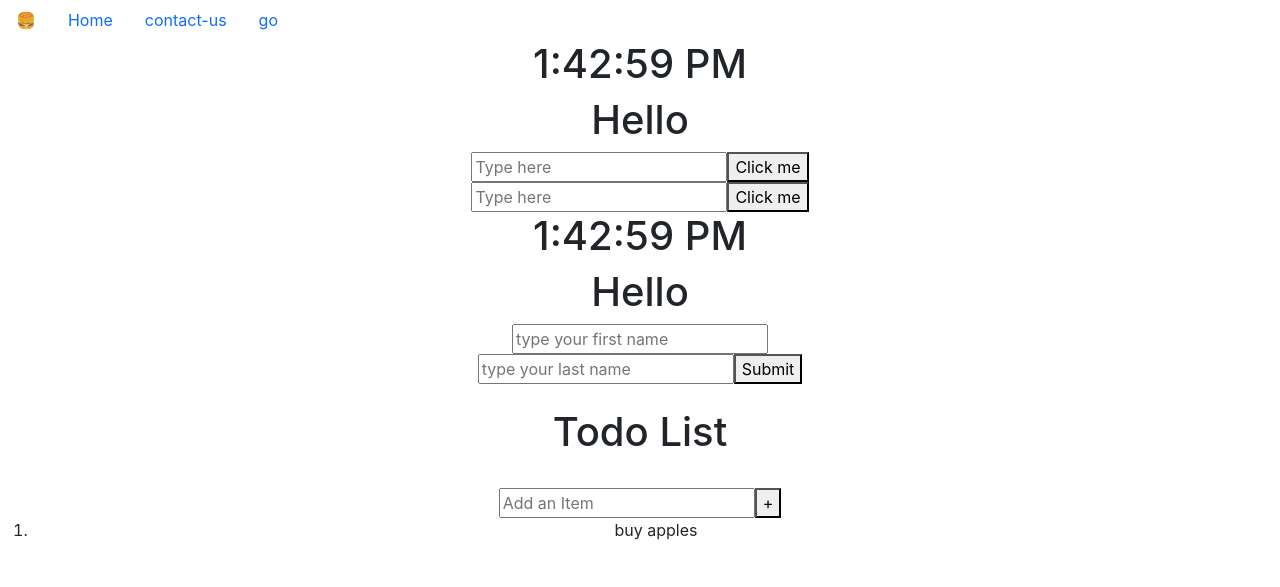
Repository: shah-zx/React-learning
Page: /
The author's editor kept a copy of each file at every save. The page is drawn from the files as they stood at one save, then again after the next save.
The browser window is 1280 px wide. The pictures show the whole page.
The project was rebuilt for these pictures with package versions that can differ from the ones it lists, and the page was loaded fresh each time. Also part of the build but not shown: src/components/Greet.js, src/components/Welcome.js, src/components/Swagat.js, src/components/Namaste.js, src/components/Hello.js, src/components/ayiye.js, src/components/Message.js, src/components/Thought.js and 47 more. Imported but missing from the stored project, and not drawn on this page: src/components/Indexaskeyantipattern.

Above is the page before, as saved 2021-11-12 22:19:33.

### public/index.html
<!DOCTYPE html>
<html lang="en">
  <head>
    <meta charset="utf-8" />
    <link rel="icon" href="%PUBLIC_URL%/favicon.ico" />
    <meta name="viewport" content="width=device-width, initial-scale=1" />
    <meta name="theme-color" content="#000000" />
    <meta
      name="description"
      content="Textutility is a text based utility whuc can be used to manipulate your text in way you want"
    />
    <link rel="apple-touch-icon" href="%PUBLIC_URL%/logo192.png" />
    <!--
      manifest.json provides metadata used when your web app is installed on a
      user's mobile device or desktop. See https://developers.google.com/web/fundamentals/web-app-manifest/
    -->
    <link rel="manifest" href="%PUBLIC_URL%/manifest.json" />
    <!--Bootstrap CSS-->
    <link href="https://cdn.jsdelivr.net/npm/bootstrap@5.1.3/dist/css/bootstrap.min.css" rel="stylesheet" integrity="sha384-1BmE4kWBq78iYhFldvKuhfTAU6auU8tT94WrHftjDbrCEXSU1oBoqyl2QvZ6jIW3" crossorigin="anonymous">
    <!--
      Notice the use of %PUBLIC_URL% in the tags above.
      It will be replaced with the URL of the `public` folder during the build.
      Only files inside the `public` folder can be referenced from the HTML.

      Unlike "/favicon.ico" or "favicon.ico", "%PUBLIC_URL%/favicon.ico" will
      work correctly both with client-side routing and a non-root public URL.
      Learn how to configure a non-root public URL by running `npm run build`.
    -->
    <title>Infuzex</title>
  </head>
  <body>
    <noscript>You need to enable JavaScript to run this app.</noscript>
    <div id="root"></div>
    <div id="portal-root"></div>

    <!--
      This HTML file is a template.
      If you open it directly in the browser, you will see an empty page.

      You can add webfonts, meta tags, or analytics to this file.
      The build step will place the bundled scripts into the <body> tag.

      To begin the development, run `npm start` or `yarn start`.
      To create a production bundle, use `npm run build` or `yarn build`.
    -->
    <!--Bootstrap JS-->
  <script src="https://cdn.jsdelivr.net/npm/bootstrap@5.1.3/dist/js/bootstrap.bundle.min.js" integrity="sha384-ka7Sk0Gln4gmtz2MlQnikT1wXgYsOg+OMhuP+IlRH9sENBO0LRn5q+8nbTov4+1p" crossorigin="anonymous"></script>
 </body>
</html>

### src/App.js
import logo from './logo.svg';
import './App.css';
import React, { useState } from 'react';
import Greet from './components/Greet'
import Welcome from './components/Welcome'
import Swagat from './components/Swagat'
import Namaste from './components/Namaste'
import Hello from './components/Hello'
import Ayiye from './components/ayiye';
import Message from './components/Message'
import Thought from './components/Thought'
import Counter from './components/Counter'
import Functionalclick from './components/Functionalclick'
import Eventbind from './components/Eventbind'
import ParentComponent from './components/ParentComponent';
import CoditionalRendering from './components/CoditionalRendering';
import Namelist from './components/Namelist';
import Indexaskeyantipattern from './components/Indexaskeyantipattern'
import Stylesheet from './components/Stylesheet'
import Inline from './components/Inline'
import './appStyles.css'
import styles from './appStyles.module.css'
import Form from './components/Form';
import Fragments from './components/Fragments';
import Tables from './components/Tables';
import Columns from './components/Columns';
import Purecomponents from './components/Purecomponents'
import Parentcomp from './components/Parentcomp';
import MemoComp from './components/MemoComp'
import RefsDemo from './components/RefsDemo';
import Focusinput from './components/Focusinput'
import FRparentinput from './components/FRparentinput';
import Portaldemo from './components/Portaldemo'
import Practice1 from './components/Practice1';
import Practice2 from './components/Practice2';
import Clickcounter from './components/Clickcounter';
import HoverCount from './components/HoverCount'
import Componentone from './components/Componentone'
import ClickcounterTwo from './components/ClickcounterTwo';
import HovercounterTwo from './components/HovercounterTwo'
import Hovering from './components/Hovering';
import User from './components/User'
import Counterforcountandhover from './components/Counterforcountandhover';
import Navbar from './components/Navbar';
import TextForm from './components/TextForm';
import About from './components/About';
import Alert from './components/Alert';
import {
  BrowserRouter as Router,
  Switch,
  Route,
  Link

} from "react-router-dom";
import One from './practice_components/One';
import Alert_pr from './practice_components/Alert_pr';
import Footer from './components/Footer';
import Textarea from './practice_components/Textarea';
import NotesState from '../src/context/notes/NotesState'
import Hooks from './practice_components/Hooks';
import Time from './practice_components/Time';
import Dclock from './practice_components/Dclock';
import Handlingevents from './practice_components/Handlingevents'
import Forms from './practice_components/Forms';
import Login from './practice_components/Login';
import Todo from './practice_components/Todo'
function App() {
  // const [darkMode , setDarkMode] = useState(false)  // Wether dark mode is enabled or disabled //
  const [alert, setAlert] = useState(null);  // This is used for setting the state //
  const showAlert = (message, type) => {    // This is for showing the alert

    setAlert({
      msg: message,
      type: type
    })
    setTimeout(() => {  // This will help us to fade out the text message after 2 seconds //
      setAlert(null);
    }, 2000);
  }

  return (
    <>
    <NotesState>
      <Router>

        <div className="App">
          {

            <Navbar title= "🍔" Abouttext="Home" cont="contact-us" hello="go" />
       // Passing the props //
      /*      <Greet name = "hamza" heroName = "Batman"/>
      {/* <Greet name = ""  <Greet name = "shahnawaz" superName = "Superman"/>
      <Greet name = "rahul" wonderName = "women"/>

      {/*<Welcome />
      <Swagat />
      <Namaste />
      <Hello />
      <Ayiye naam="shahnawaz" elder="Brother" />
      <Ayiye naam="hamza" younger="Brother" /> */}
          {/* <Greet name="shahnawaz" heroName="Batman" /> */}
          {/* <Greet /> */}
          {/* <Welcome name="Hamza" heroName="Superman" /> */}
          {/* <Message />
      <Thought />
      <Counter /> */}
          {/* <ParentComponent /> */}
          {/* <Functionalclick /> */}
          {/* <Eventbind /> */}
          {/* <CoditionalRendering /> */}
          {/* <Namelist />  */}
          {/* <Indexaskeyantipattern /> */}
          {/* <Stylesheet primary = {true} />
      <Inline />
      <h1 className='error'>Error</h1>
      <h1 className={styles.success}>Success</h1>
      <Form /> */}
          {/* <Purecomponents /> */}
          {/* <Fragments /> */}
          {/* <Tables /> */}
          {/* <Parentcomp /> */}
          {/* <MemoComp /> */}
          {/* <Practice1 naam="romeo" herokanaam="billu" /> */}
          {/* <Hello />
      <RefsDemo />
      <Focusinput />
      <FRparentinput />
      <Portaldemo /> */}
          {/* <Practice2 /> */}
          {/* <Clickcounter /> */}
          {/* <HoverCount /> */}
          {/* <Componentone /> */}
          {/* <ClickcounterTwo /> */}
          {/* <HovercounterTwo /> */}
          {/* <Hovering /> */}
          {/* <User render={(isLoggedIn) => isLoggedIn ? 'Rendered' : 'Guest'} />   */}
          {/* <Counterforcountandhover render = {(count , incrementCount) => <ClickcounterTwo count = {count} incrementCount = {incrementCount}/> }/> */}
          {/* <Counterforcountandhover render = {(count , incrementCount) => <Hovering count = {count} incrementCount = {incrementCount}/> }/> */}
          {/* <Hooks/>
          <Time /> */}
          <Forms/>
          {/* <Handlingevents /> */}
          <Dclock/>
          <Login />
          <Todo />
          <Alert alert={alert} />
          {/* <div className="alert">
            <Alert_pr showAlert={showAlert} />
          </div>
          <div classname="greet">
            <Greet />
          </div>
          <div className="container my-3" >
            <Switch>
              <Route path="/about">
                <About />
                {/* <Ayiye/> */}
              {/* </Route>
              <Route path="/">
                <TextForm showAlert={showAlert} heading="Enter the text to see :" />
                <div className="txt">
                  <Textarea st="checkbox"/>
                </div>
                <div className="red_card">
                  <One />
                  <div className="container">
                    <Footer heading = "Footer" link1 = "Facebook" ls = "Twitter" oneLink = "Instagram" secLink = "LinkedIn"/>
                  </div>
                </div>
              </Route>
            </Switch>
            {/* <About /> */}
          </div>
          {/* <About /> */}
        {/* </div> */}
      </Router>
    </NotesState>
    </>
  );
}

export default App;  // This is the place where we have exported our App //

// Functional components : takes properties ( a js function takes the props and returns the jsx code --> HTML code )
// As soon as we import the Greet Component we have to import it to our main App.js and use it as an html tag
// Class components : They can also recieve input as props and retun html code
// It can maintain some data private to that component
// The user component will make sure the user is logged in or not

### src/App.css
.App {
  text-align: center;
}

.App-logo {
  height: 40vmin;
  pointer-events: none;
}

@media (prefers-reduced-motion: no-preference) {
  .App-logo {
    animation: App-logo-spin infinite 20s linear;
  }
}

.App-header {
  background-color: #282c34;
  min-height: 100vh;
  display: flex;
  flex-direction: column;
  align-items: center;
  justify-content: center;
  font-size: calc(10px + 2vmin);
  color: white;
}

.App-link {
  color: #61dafb;
}

@keyframes App-logo-spin {
  from {
    transform: rotate(0deg);
  }
  to {
    transform: rotate(360deg);
  }
}

/*
.red_card {
  display: flex;
  flex-wrap: wrap;
} */

.container {
  margin-top: 2em;
}

### src/components/Navbar.js
// Here we are making a navbar component //

import React from 'react'
import PropTypes from 'prop-types' // Importing the proptypes from props //
import {Link} from 'react-router-dom' // Importing the Link  , thing to remember : exporting not as DEFAULT //
import Dclock from '../practice_components/Dclock'
export default function Navbar(props) {

    return (
      <>
        <ul className="nav">
        <li className="nav-item">
          <Link className="nav-link active" aria-current="page" to="/">{props.title}</Link>
        </li>
        <li className="nav-item">
          <Link className="nav-link" to="about">{props.Abouttext}</Link>
        </li>
        <li className="nav-item">
          <Link className="nav-link" to="/">{props.cont}</Link>
        </li>
        <li className="nav-item">
          <a className="nav-link">{props.hello}</a>
        </li>
      </ul>
      <Dclock/>
      </>
    )
}
Navbar.propTypes = {      // These are our navbar properties //
                      title : PropTypes.string.isRequired ,
                      Abouttext : PropTypes.string
                   }

Navbar.defaultProps = {title : 'set title here' ,
                        Abouttext : 'set abouttext here'
                    }

### src/context/notes/NotesState.js
import react, { useState } from 'react';
import noteContext from './noteContext'

const NotesState = (props) => {
    const s1 = {
        "name": "Shahnawaz",
        "class": "5a"
    }
    const [state, setState] = useState(s1)
    const update = () => {
        setTimeout(() => {
            setState({
                "name": "hamza",
                "class": "12a"
            })
        }, 3000);
    }
    return (
        <noteContext.Provider value={{ state, update }}>
            {props.children}
        </noteContext.Provider>


    )
}

export default NotesState;

### src/practice_components/Dclock.jsx
import React , {useState} from 'react'

function Dclock() {

   let time = new Date().toLocaleTimeString();

   const[ctime , setTime] = useState(time)

   const updateTime = () => {
      let newtime = new Date().toLocaleTimeString();
      setTime(newtime)
   }

   setInterval(updateTime,1000) // This function will take a call back function and the interval after which the event will take place

    return (
        <>
            <h1>{ctime}</h1>
        </>
    )
}

export default Dclock

### src/practice_components/Forms.jsx
import React, { useState } from 'react'



function Forms() {

    const [fullName, setfullName] = useState({
        fname : "" ,
        lname : "" ,
    });

    const inputEvent = (event) => {  // We are passing the text we will be weiting in the input in an object called event
        // setName(event.target.value)
    };

    const onSubmits = (event) => {
        event.preventDefault();
        alert('Form submitted successfully')
    }


    const handleChange = () => {
        // setFullName(name);
    }
    return (
        <>
        <div className="main_div">
        <form onSubmit = {onSubmits}>
            <h1>Hello {fullName.fname} {fullName.lname}</h1>
            <input type="text"
                placeholder="Type here"
                value={fullName.fname}
                onChange={inputEvent}
                name = "fname">
                </input>
            <button onClick={handleChange}
                type="submit">Click me </button>
            <br />
            <input type="text"
                placeholder="Type here"
                value={fullName.lname}
                onChange={inputEvent}
                name = "lname">
                </input>
            <button onClick={handleChange}
                type="submit">Click me </button>
                </form>
                </div>
        </>
    )
}

export default Forms

// Note : as we do for button , which is onClick , we do for input field also : that is onChange
//    console.log(event.target.value)  // accessing our text

### src/practice_components/Login.jsx
import React, { useState } from 'react'

function Login() {

  const [name, setName] = useState("")

  const [lastName, setLastName] = useState("");

  const [fullName, setfullName] = useState("")

  const [lastNamenew , setlastNamenew] = useState("")

  const onSubmits = (event) => {
    event.preventDefault();  // This will help in preventing the default behaviour of the form
    setfullName(name)
    setlastNamenew(lastName)
  }

  const handleThat = (event) => {
    setName(event.target.value);
  }

  const handleThattwo = (event) => {
    setLastName(event.target.value)
  }

  return (
    <>
      <div className="main_div">
        <form onSubmit={onSubmits}>
          <h1>Hello {fullName} {lastNamenew}</h1>
          <input
            onChange={handleThat}
            type="text"
            placeholder="type your first name"
            value={name}>
          </input>
          <br/>
          <input
          type = "text"
          onChange = {handleThattwo}
          placeholder = "type your last name"
          value = {lastName}>
          </input>
          <button type="submit">Submit</button>
        </form>
      </div>
    </>
  )
}

export default Login

### src/practice_components/Todo.js
import React from 'react'

function App() {
    return (
        <div className="main_div">
        <div className="center_div">
            <br />
            <h1>Todo List</h1>
            <br />
            <input type="text" className="" placeholder = "Add an Item" />
            <button> + </button>
            <ol>
                <li>buy apples</li>
            </ol>
        </div>

        </div>
    )
}

export default App

### src/context/notes/noteContext.js
import { createContext } from "react";
const noteContext = createContext();   // Here we craeted a new context which will hold our states


export default noteContext;


// Here we have formed the context API

Loaded but not shown: src/index.js (common file); src/index.css (common file); src/reportWebVitals.js (common file)

After the next save:
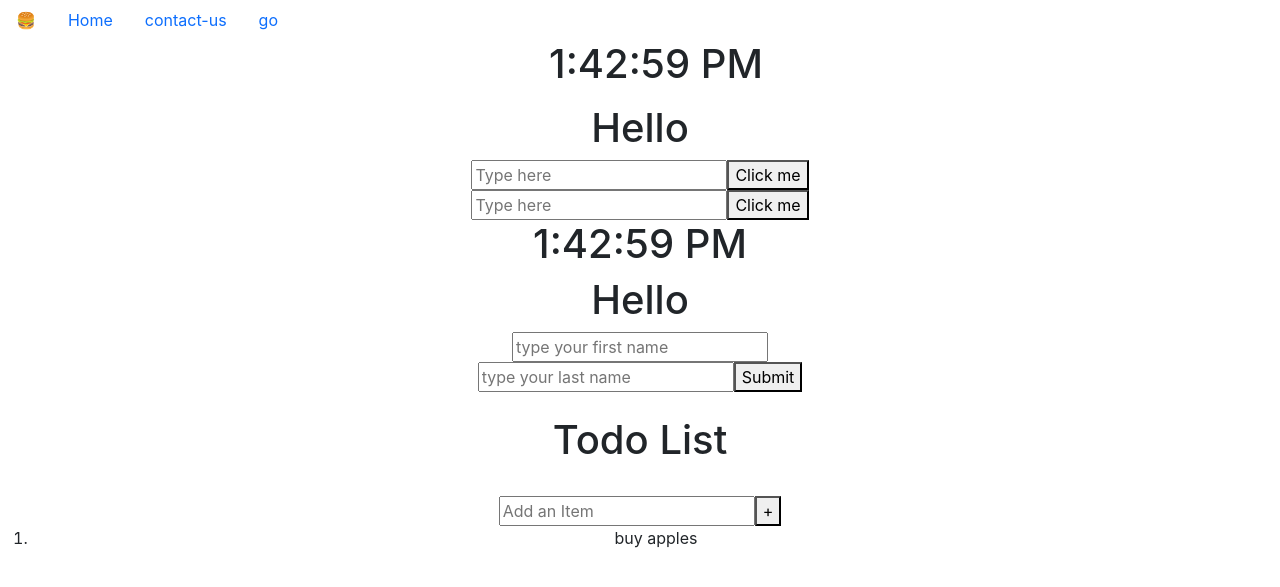
Saved 88 s later.
--- a/src/components/Navbar.js
+++ b/src/components/Navbar.js
@@ -22,7 +22,9 @@ export default function Navbar(props) {
           <a className="nav-link">{props.hello}</a>
         </li>
       </ul>
+      <ul>
       <Dclock/>
+      </ul>
       </>
     )
 }
